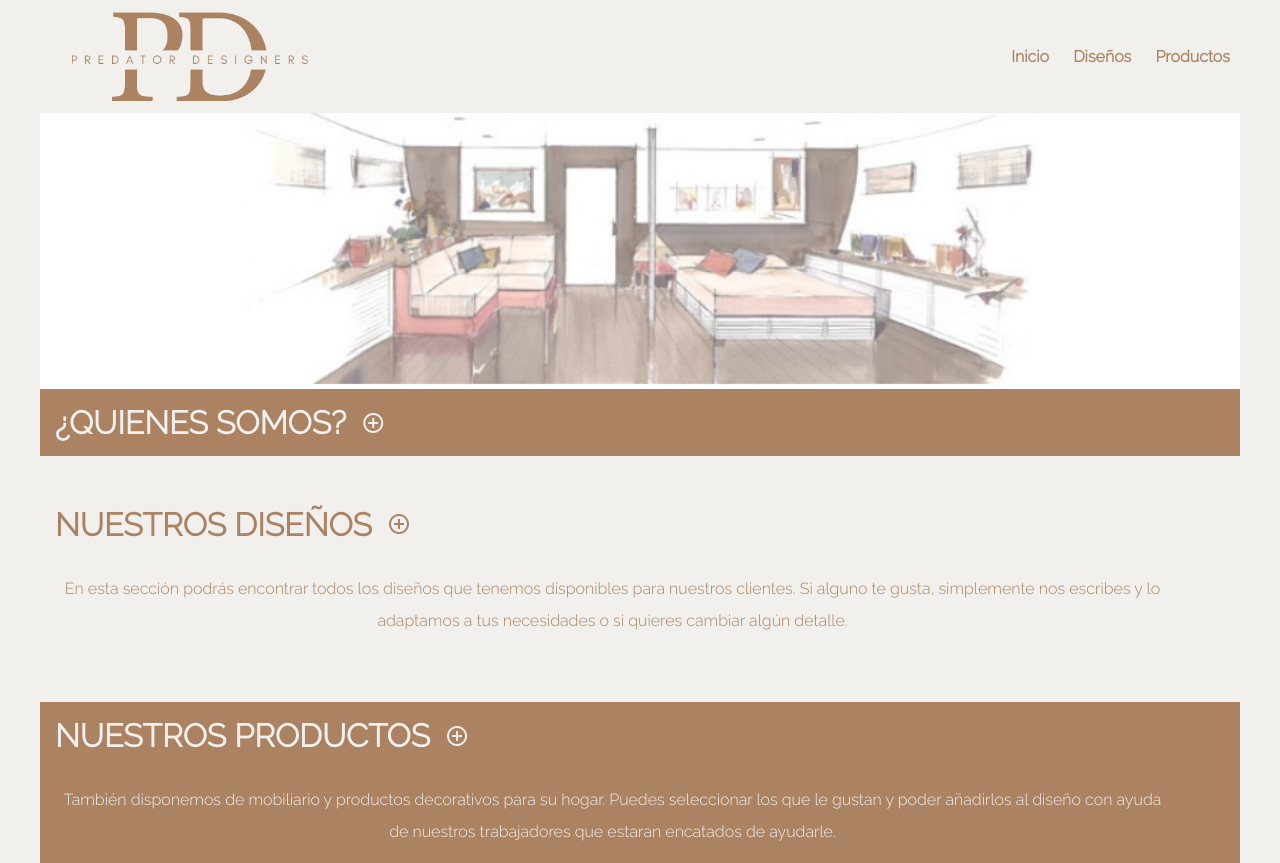
Repository: judiith-mf/dise-oInterior
Page: index.html
The author's editor kept a record of every edit. The page is drawn from the files as they stood at one moment, then again after the next edit.
The browser window is 1280 px wide. The pictures show the whole page.

Above is the page before.
Console error: TypeError: Cannot read properties of null (reading 'style')

### index.html
<html lang="en">
<head>
    <meta charset="UTF-8">
    <meta name="viewport" content="width=device-width, initial-scale=1.0">
    <title>Eponymous</title>
    <link rel="stylesheet" href="css/estilos.css">
    <link href="https://fonts.googleapis.com/css2?family=Raleway:wght@300&display=swap" rel="stylesheet">
    <link rel="stylesheet" href="https://fonts.googleapis.com/css2?family=Material+Symbols+Outlined:opsz,wght,FILL,GRAD@20..48,100..700,0..1,-50..200" />

    </head>
<body>
    <div class="contenedor">
        <div class="tit-nav">
            <div class="tit">
                <img src="imagenes/DP.png" alt="">
            </div>
            <div class="nav">
                <nav>
                    <a href="index.html">Inicio</a>
                    <a href="#">Diseños</a>
                    <a href="#">Productos</a>
                </nav>
            </div>
        </div>

        <div class="img">
            <img src="imagenes/Captura.PNG" alt="">
        </div>



            <div class="contenido">
                <div class="info">
                    <h1 class="marron" id="h1_marron">¿QUIENES SOMOS?</h1>
                    <span class="material-symbols-outlined" id="boton1">add_circle</span>
                </div>


                <div class="marron">
                    <div class="marron_texto">
                        <p id="text1">En esta empresa nos dedicamos ha hacer tus sueños realidad, o mejor dicho... ha diseñar tus sueños, tu casa de ensueño. Le atenderemos o bien, en nuestras oficinas que se encuentran en Granada y Málaga, o bien, a través de nuestro correo infoPredator@gmail.com. Esperamos poder ayudarle en todo lo que este en nuestra mano, gracias por confiar en nosotros.
                        </p>
                    </div>

                </div>

                <div class="info_blanca">
                    <h1 class="blanco" id="h1_blanco">NUESTROS DISEÑOS</h1>
                    <span class="material-symbols-outlined" id="boton_blanco">add_circle</span>
                </div>

                <div class="blanco">
                    <div class="blanco_texto">
                        <p id="text1">
                            En esta sección podrás encontrar todos los diseños que tenemos disponibles para nuestros clientes. Si alguno te gusta, simplemente nos escribes y lo adaptamos a tus necesidades o si quieres cambiar algún detalle.
                        </p>
                    </div>
                </div>

                <div class="info">
                    <h1 class="marron" id="h1_marron">NUESTROS PRODUCTOS</h1>
                    <span class="material-symbols-outlined" id="boton2">add_circle</span>
                </div>

                <div class="marron">
                    <div class="marron_texto">
                        <p id="text1">También disponemos de mobiliario y productos decorativos para su hogar. Puedes seleccionar los que le gustan y poder añadirlos al diseño con ayuda de nuestros trabajadores que estaran encatados de ayudarle.
                        </p>
                    </div>
                </div>

            </div>


    </div>
    <script src="https://cdn.jsdelivr.net/npm/bootstrap@5.3.2/dist/js/bootstrap.bundle.min.js" integrity="sha384-C6RzsynM9kWDrMNeT87bh95OGNyZPhcTNXj1NW7RuBCsyN/o0jlpcV8Qyq46cDfL" crossorigin="anonymous"></script>
    <script type="text/javascript" src="javascript/js.js"></script>
</body>
</html>

### css/estilos.css
*{
    margin: 0;
}

/*BODY*/
body{
    background-color: #F1F0ED;
    font-family: 'Raleway', sans-serif;
}
.contenedor{
    max-width: 1200px;
    margin: 0 auto;
}
/*CABECERA*/
.tit-nav{
    display: flex;
    padding: 10 0;
    justify-content: space-between;
    align-items: center;
}
    /*TITULO CABECERA*/
    .tit{
        color: #AB8262;
        font-size: 22px;
    }

    /*NAVEGACION*/

    .tit img{
        width: 300px;
    }
    .nav a{
        text-decoration: none;
        color: #AB8262;
        padding: 10;
        font-weight: bold;
        font-size: 16px;
    }

    .nav a:hover{
        text-decoration: none;
        color: #AB8262;
        padding: 10;
        font-weight: bold;
        font-size: 16px;
        background-color: white;
        border-radius: 3px;

    }


/*IMAGEN*/
.img{
    background-color: white;
    text-align: center;
}
    .img img{
        width: 800;
    }


    .contenido h1,.contenido p,.contenido a{
        padding: 15;
    }


    /*CONTENIDO*/
    .contenido{
        max-width: 100%;
    }
        .blanco, .marron{
            display: flex;
        }

        .contenido p{
            padding-right: 70;
            line-height: 2;
        }

        .contenido a{
            color: gray;
            line-height: 3;
        }


/*CUADROS DE COLORES*/
        #h1_blanco{
             padding-top: 50;
        }

        .blanco_texto{
            padding-bottom: 50;
        }
        .marron_texto p, #h1_blanco, .blanco_texto p{
            text-align: center;
        }
        .marron{
            background-color: #AB8262;
            color: #F1F0ED;

        }

        .blanco{
            background-color:#F1F0ED;
            color: #AB8262;

        }

        .info{
            display: flex;
            background-color: #AB8262;
        }
        .info_blanca{
            display: flex;
            background-color: #F1F0ED;
        }

        .material-symbols-outlined{
            padding-top: 22px;
            color: #F1F0ED;
        }

        #boton_blanco{
            color: #AB8262;
            background-color: #F1F0ED;
            padding-top: 56px;
        }

### javascript/js.js
let boton1 = document.getElementById('boton1');
let texto1 = document.getElementById('text1');

let boton2 = document.getElementById('boton_blanco');
let texto2 = document.getElementById('text2');

let boton3 = document.getElementById('boton3');
let texto3 = document.getElementById('text3');

window.onload = function (){
    texto1.style.display='none';
    boton1.onclick = seguirLey1;

    texto2.style.display='none';
    boton2.onclick = seguirLey2;

    texto3.style.display='none';
    boton3.onclick = seguirLey3;
}

function seguirLey1() {
    texto1.style.display="block";
}

function seguirLey2() {
    texto2.style.display="block";
}

function seguirLey3() {
    texto3.style.display="block";
}

After the next edit:
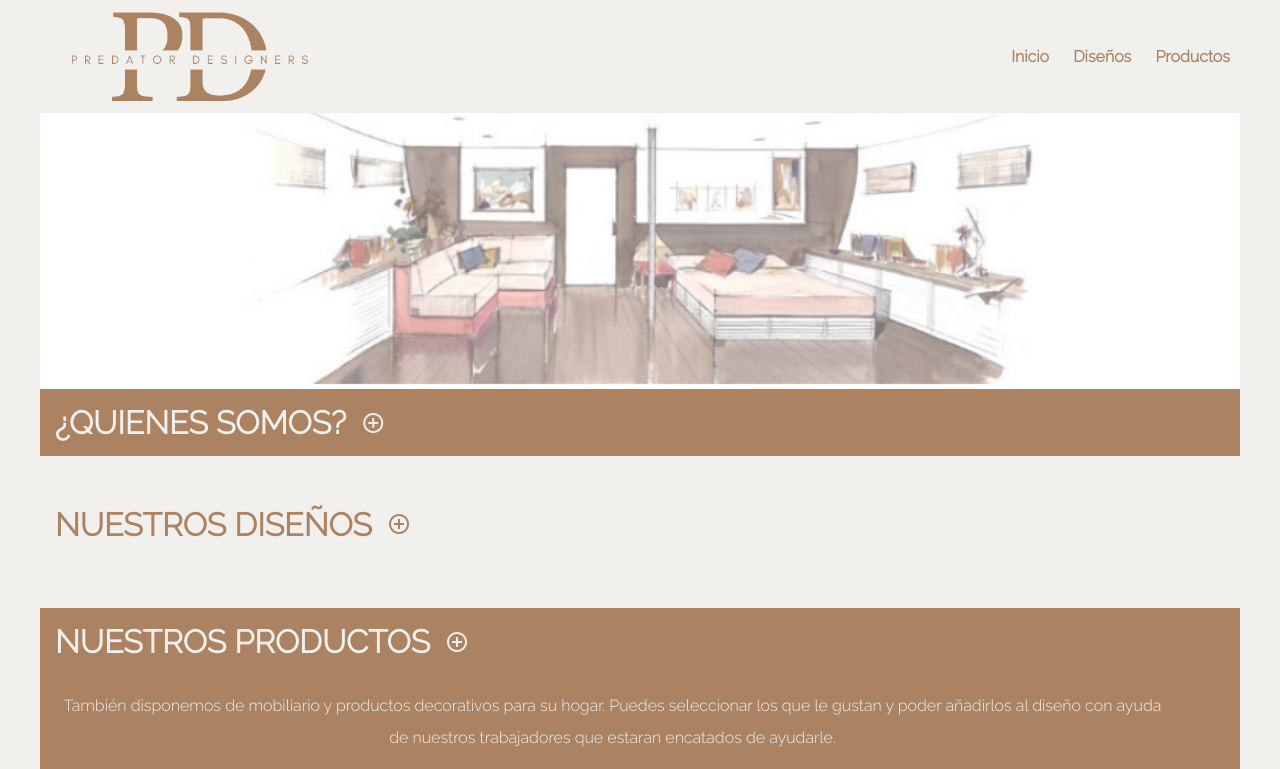
The edit:
--- a/index.html
+++ b/index.html
@@ -51,7 +51,7 @@
 
                 <div class="blanco">
                     <div class="blanco_texto">
-                        <p id="text1">
+                        <p id="text2">
                             En esta sección podrás encontrar todos los diseños que tenemos disponibles para nuestros clientes. Si alguno te gusta, simplemente nos escribes y lo adaptamos a tus necesidades o si quieres cambiar algún detalle.
                         </p>
                     </div>
